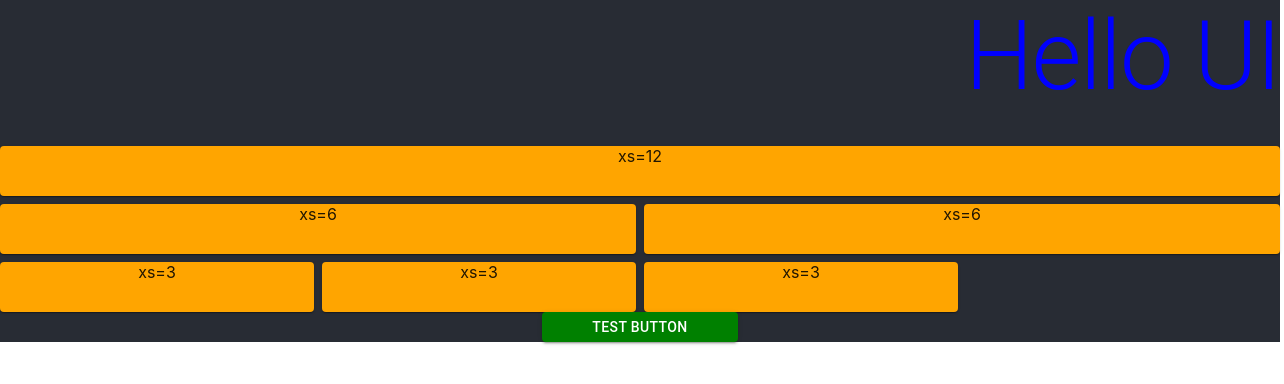
Repository: ShunsukeTanizaki/COVID19-Live
Page: /
The author's editor kept a copy of each file at every save. The page is drawn from the files as they stood at one save, then again after the next save.
The browser window is 1280 px wide. The page is 1284 px wide, so the pictures cover 1284 px, including what lies to the right of the window. The pictures show the whole page.
The project was rebuilt for these pictures with package versions that can differ from the ones it lists, and the page was loaded fresh each time.

Above is the page before, as saved 2020-11-07 23:37:13.

After the next save:
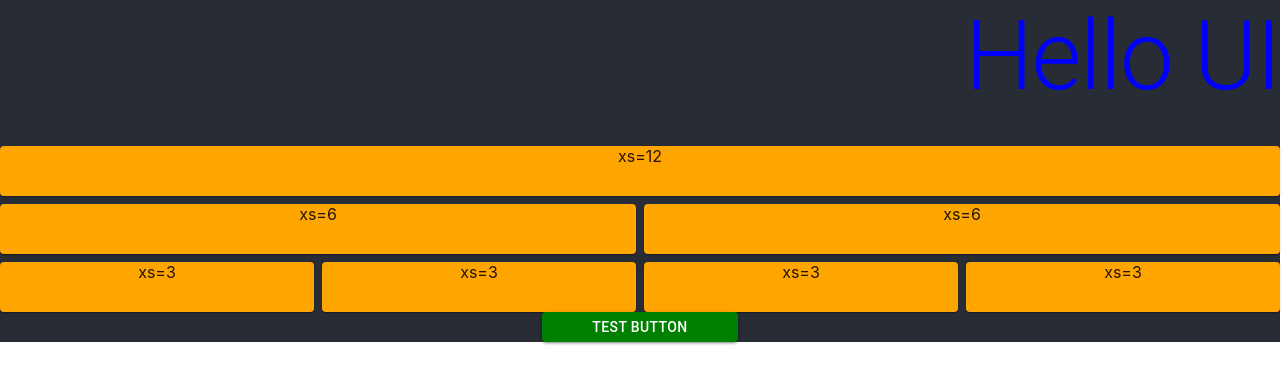
Saved 8 s later.
--- a/src/components/MaterialUI .tsx
+++ b/src/components/MaterialUI .tsx
@@ -48,6 +48,9 @@ const MaterialUI: React.FC = () => {
                 <Grid item xs={3}>
                     <Paper className={classes.paperStyle}>xs=3</Paper>
                 </Grid>
+                <Grid item xs={3}>
+                    <Paper className={classes.paperStyle}>xs=3</Paper>
+                </Grid>
             </Grid>
 
             <Button
